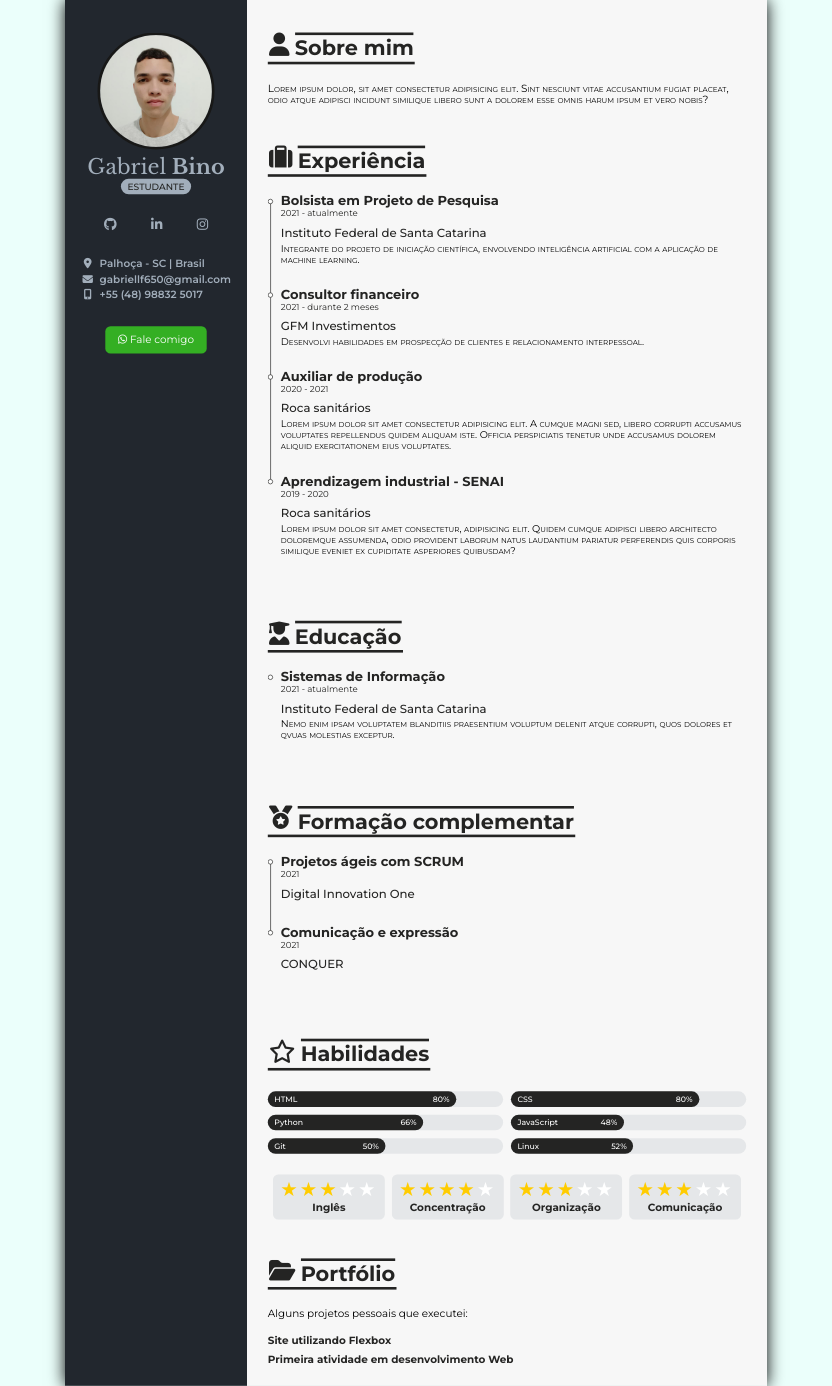
Repository: gabrielbino/curriculoResponsivo
Page: index.html
These files come from the project's save history. The page is drawn as it stood at one moment and after the next save; the edit follows.
The browser window is 1280 px wide. The pictures show the whole page, at 65% of full size.
Some web libraries are served in a nearby version.

Above is the page before, as saved 2021-10-20 23:33:33.

### index.html
<!DOCTYPE html>
<html lang="pt-br">
  <head>
    <meta charset="UTF-8" />
    <meta name="viewport" content="width=device-width, initial-scale=1" />
    <link
      rel="stylesheet"
      href="https://cdnjs.cloudflare.com/ajax/libs/normalize/8.0.1/normalize.min.css"
      integrity="sha512-NhSC1YmyruXifcj/KFRWoC561YpHpc5Jtzgvbuzx5VozKpWvQ+4nXhPdFgmx8xqexRcpAglTj9sIBWINXa8x5w=="
      crossorigin="anonymous"
      referrerpolicy="no-referrer"
    />
    <script
      src="https://kit.fontawesome.com/a6ac7cca8d.js"
      crossorigin="anonymous"
    ></script>
    <link rel="stylesheet" href="css/style.css" />
    <link rel="shortcut icon" href="img/favicon.ico" />
    <title>CV do Gabriel</title>
  </head>
  <body>
    <main>
      <aside>
        <div class="sidebar">
          <img
            class="profile-picture"
            src="./img/option_profile.jpeg"
            alt="Gabriel Bino"
          />
          <h1 class="title-name"><span>Gabriel</span> Bino</h1>
          <h3 class="subtitle-role">Estudante</h3>
          <div class="social-links">
            <a href="https://github.com/gabrielbino" target="_blank">
              <i class="fab fa-github"></i>
            </a>
            <a
              href="https://www.linkedin.com/in/gabriel-fernandes-bino-456499195/"
              target="_blank"
            >
              <i class="fab fa-linkedin-in"></i>
            </a>
            <!-- <a href="https://twitter.com/theleoad" target="_blank">
              <i class="fab fa-twitter"></i>
            </a> -->
            <a href="https://www.instagram.com/gabrielfbino/" target="_blank">
              <i class="fab fa-instagram"></i>
            </a>
          </div>
          <ul class="personal-data">
            <li>
              <i class="fas fa-map-marker-alt"></i>
              <span>Palhoça - SC | Brasil</span>
            </li>
            <li>
              <i class="fas fa-envelope"></i>
              <a href="mailto:galbriellf650@gmail.com"
                >gabriellf650@gmail.com</a
              >
            </li>
            <li>
              <i class="fas fa-mobile-alt"></i>
              <a href="tel:+5548988325017">+55 (48) 98832 5017</a>
            </li>
          </ul>
          <a
            class="download-button"
            href="https://wa.me/+5548988325017"
            target="_blank"
          >
            <i class="fab fa-whatsapp"></i>
            <span>Fale comigo</span>
          </a>
        </div>
      </aside>
      <section>
        <article>
          <div class="article-title-wrapper">
            <i class="fas fa-user"></i>
            <h2 class="article-title">Sobre mim</h2>
          </div>
          <p class="sobre-mim">
            Lorem ipsum dolor, sit amet consectetur adipisicing elit. Sint
            nesciunt vitae accusantium fugiat placeat, odio atque adipisci
            incidunt similique libero sunt a dolorem esse omnis harum ipsum et
            vero nobis?
          </p>
        </article>
        <article>
          <div class="article-title-wrapper">
            <i class="fas fa-suitcase"></i>
            <h2 class="article-title">Experiência</h2>
          </div>
          <ul class="timeline">
            <li>
              <h4 class="timeline-title">Bolsista em Projeto de Pesquisa</h4>
              <h5 class="timeline-time">2021 - atualmente</h5>
              <h6 class="timeline-place">
                Instituto Federal de Santa Catarina
              </h6>
              <p class="timeline-text">
                Integrante do projeto de iniciação científica, envolvendo
                inteligência artificial com a aplicação de machine learning.
              </p>
            </li>
            <li>
              <h4 class="timeline-title">Consultor financeiro</h4>
              <h5 class="timeline-time">2021 - durante 2 meses</h5>
              <h6 class="timeline-place">GFM Investimentos</h6>
              <p class="timeline-text">
                Desenvolvi habilidades em prospecção de clientes e
                relacionamento interpessoal.
              </p>
            </li>
            <li>
              <h4 class="timeline-title">Auxiliar de produção</h4>
              <h5 class="timeline-time">2020 - 2021</h5>
              <h6 class="timeline-place">Roca sanitários</h6>
              <p class="timeline-text">
                Lorem ipsum dolor sit amet consectetur adipisicing elit. A
                cumque magni sed, libero corrupti accusamus voluptates
                repellendus quidem aliquam iste. Officia perspiciatis tenetur
                unde accusamus dolorem aliquid exercitationem eius voluptates.
              </p>
            </li>
            <li>
              <h4 class="timeline-title">Aprendizagem industrial - SENAI</h4>
              <h5 class="timeline-time">2019 - 2020</h5>
              <h6 class="timeline-place">Roca sanitários</h6>
              <p class="timeline-text">
                Lorem ipsum dolor sit amet consectetur, adipisicing elit. Quidem
                cumque adipisci libero architecto doloremque assumenda, odio
                provident laborum natus laudantium pariatur perferendis quis
                corporis similique eveniet ex cupiditate asperiores quibusdam?
              </p>
            </li>
          </ul>
        </article>
        <article>
          <div class="article-title-wrapper">
            <i class="fas fa-user-graduate"></i>
            <h2 class="article-title">Educação</h2>
          </div>
          <ul class="timeline">
            <li>
              <h4 class="timeline-title">Sistemas de Informação</h4>
              <h5 class="timeline-time">2021 - atualmente</h5>
              <h6 class="timeline-place">
                Instituto Federal de Santa Catarina
              </h6>
              <p class="timeline-text">
                Nemo enim ipsam voluptatem blanditiis praesentium voluptum
                delenit atque corrupti, quos dolores et qvuas molestias
                exceptur.
              </p>
            </li>
          </ul>
        </article>
        <article>
          <div class="article-title-wrapper">
            <i class="fas fa-medal"></i>
            <h2 class="article-title">Formação complementar</h2>
          </div>
          <ul class="timeline">
            <li>
              <h4 class="timeline-title">Projetos ágeis com SCRUM</h4>
              <h5 class="timeline-time">2021</h5>
              <h6 class="timeline-place">Digital Innovation One</h6>
            </li>
            <li>
              <h4 class="timeline-title">Comunicação e expressão</h4>
              <h5 class="timeline-time">2021</h5>
              <h6 class="timeline-place">CONQUER</h6>
            </li>
          </ul>
        </article>
        <article>
          <div class="article-title-wrapper">
            <i class="far fa-star"></i>
            <h2 class="article-title">Habilidades</h2>
          </div>
          <div class="skills-container">
            <div class="progress">
              <div class="progress-bar" role="progressbar" style="width: 80%">
                <div class="progress-text">
                  <span>HTML</span>
                  <span>80%</span>
                </div>
              </div>
            </div>
            <div class="progress">
              <div class="progress-bar" role="progressbar" style="width: 80%">
                <div class="progress-text">
                  <span>CSS</span>
                  <span>80%</span>
                </div>
              </div>
            </div>
            <div class="progress">
              <div class="progress-bar" role="progressbar" style="width: 66%">
                <div class="progress-text">
                  <span>Python</span>
                  <span>66%</span>
                </div>
              </div>
            </div>
            <div class="progress">
              <div class="progress-bar" role="progressbar" style="width: 48%">
                <div class="progress-text">
                  <span>JavaScript</span>
                  <span>48%</span>
                </div>
              </div>
            </div>
            <div class="progress">
              <div class="progress-bar" role="progressbar" style="width: 50%">
                <div class="progress-text">
                  <span>Git</span>
                  <span>50%</span>
                </div>
              </div>
            </div>
            <div class="progress">
              <div class="progress-bar" role="progressbar" style="width: 52%">
                <div class="progress-text">
                  <span>Linux</span>
                  <span>52%</span>
                </div>
              </div>
            </div>
          </div>
          <div class="soft-skills">
            <div class="soft-skill">
              <div class="soft-skill-rating" style="--rating: 3"></div>
              <h4 class="soft-skill-label">Inglês</h4>
            </div>
            <div class="soft-skill">
              <div class="soft-skill-rating" style="--rating: 4"></div>
              <h4 class="soft-skill-label">Concentração</h4>
            </div>
            <div class="soft-skill">
              <div class="soft-skill-rating" style="--rating: 3"></div>
              <h4 class="soft-skill-label">Organização</h4>
            </div>
            <div class="soft-skill">
              <div class="soft-skill-rating" style="--rating: 3"></div>
              <h4 class="soft-skill-label">Comunicação</h4>
            </div>
          </div>
        </article>
        <article>
          <div class="article-title-wrapper">
            <i class="fas fa-folder-open"></i>
            <h2 class="article-title">Portfólio</h2>
          </div>
          <p>Alguns projetos pessoais que executei:</p>
          <div class="portfolio">
            <a href="https://staticflexbox.netlify.app/" class="portfolio-item">
              Site utilizando Flexbox
            </a>
            <a href="https://anatomiahtml.netlify.app/" class="portfolio-item">
              Primeira atividade em desenvolvimento Web
            </a>
            <a href="#" class="portfolio-item">
              <div></div>
            </a>
            <a href="#" class="portfolio-item">
              <div></div>
            </a>
          </div>
        </article>
      </section>
    </main>
  </body>
</html>

### css/style.css
@import url("https://fonts.googleapis.com/css2?family=Libre+Baskerville:wght@400;700&family=Montserrat:wght@400;500;600;700&display=swap");

* {
  box-sizing: border-box;
}

img {
  max-width: 100%;
}

body {
  background-color: #ebfffb;
  color: black;
  font-family: "Montserrat", sans-serif;
}

main {
  background-color: #ebfffb;
  box-shadow: 0 0 1.5rem;
  display: flex;
  margin: 0 auto;
  max-width: 1080px;
  min-height: 100vh;
  width: 100%;
}

aside {
  background-color: #22272e;
  padding: 50px 0 16px;
  width: 280px;
}

.sidebar {
  align-items: center;
  display: flex;
  flex-direction: column;
  position: sticky;
  top: 16px;
  width: 100%;
}

.profile-picture {
  border-radius: 50%;
  border: solid 4px #181817;
  width: 180px;
}

.title-name {
  color: #a2aebb;
  font-family: "Libre Baskerville", serif;
  font-weight: 700;
  margin: 8px 0 0;
}

.title-name span {
  font-weight: 500;
}

.subtitle-role {
  background: #a2aebb;
  border-radius: 12px;
  color: #242423;
  font-size: 14px;
  font-weight: 500;
  margin: 0;
  padding: 4px 10px;
  text-transform: uppercase;
}

.social-links {
  display: flex;
  font-size: 20px;
  justify-content: space-between;
  margin: 36px 0;
  width: 160px;
}

.social-links a {
  color: #a2aebb;
}

.social-links a:hover {
  color: #e8eddf;
}

.personal-data {
  list-style-type: none;
  margin: 0;
  padding: 0;
}

.personal-data li {
  color: #a2aebb;
  font-weight: 600;
  line-height: 1.5;
}

.personal-data li a {
  color: inherit;
  text-decoration: none;
}

.personal-data i {
  margin-right: 4px;
  text-align: center;
  width: 20px;
}

.download-button {
  background: #34af23;
  border-radius: 8px;
  color: white;
  display: block;
  margin: 36px 0;
  padding: 12px 20px;
  text-decoration: none;
}

section {
  background-color: #f7f7f7;
  padding: 50px 32px 0;
  width: calc(100% - 280px);
}

article:not(:last-of-type) {
  margin-bottom: 60px;
}

.article-title-wrapper {
  align-items: center;
  border-bottom: 4px solid;
  color: #242423;
  display: inline-flex;
  margin-bottom: 12px;
  padding: 0 2px;
}
.article-title-wrapper i {
  font-size: 36px;
  margin: -8px 8px 0 0;
}

.article-title {
  border-top: 4px solid;
  color: #242423;
  font-size: 32px;
  font-weight: 800;
  margin: 0 0 2px;
  padding-top: 2px;
}

.sobre-mim {
  font-variant: small-caps;
}

.timeline {
  list-style: none;
  margin: 20px 0;
  padding: 0;
}

.timeline li {
  margin: 0;
  padding: 2px 0 40px 20px;
  position: relative;
}

.timeline li::after {
  background-color: #fff;
  border-radius: 50%;
  border: 1px solid #242423;
  box-sizing: border-box;
  content: "";
  display: inline-block;
  height: 8px;
  left: 0;
  position: absolute;
  top: 2px;
  width: 8px;
}

.timeline li:not(:last-of-type)::before {
  background-color: #242423;
  content: "";
  height: 100%;
  left: 3.5px;
  position: absolute;
  top: calc(0.5em - 4px);
  width: 1px;
}

.timeline-title {
  color: #242423;
  font-size: 20px;
  margin: -8px 0 0;
}

.timeline-time {
  color: #242423;
  font-weight: 400;
  margin: 0;
}

.timeline-place {
  color: #242423;
  font-size: 18px;
  font-weight: 500;
  margin: 12px 0 4px;
}

.timeline-text {
  font-size: 15px;
  font-variant: small-caps;
  margin: 0;
}

.skills-container {
  display: flex;
  flex-wrap: wrap;
  justify-content: space-between;
  margin: 20px 0;
}

.progress {
  background-color: rgba(68, 86, 108, 0.1);
  border-radius: 20px;
  display: flex;
  font-size: 0.75rem;
  height: 1.5rem;
  margin-bottom: 12px;
  width: calc(50% - 6px);
}

.progress-bar {
  align-items: center;
  background-color: #242423;
  border-radius: 20px;
  color: #fff;
  font-weight: 500;
  display: flex;
  padding: 0 10px;
}

.progress-text {
  display: flex;
  justify-content: space-between;
  width: 100%;
}

.soft-skills {
  display: flex;
  justify-content: space-between;
  padding: 0 8px;
}

.soft-skill {
  background-color: rgba(68, 86, 108, 0.1);
  border-radius: 8px;
  padding: 8px;
  text-align: center;
  width: calc(25% - 8px);
}

.soft-skill-rating {
  --percent: calc(var(--rating) / 5 * 100%);
  display: inline-block;
  font-family: Times;
  font-size: 30px;
  line-height: 1;
}

.soft-skill-rating::before {
  background-clip: text;
  background: linear-gradient(90deg, #fc0 var(--percent), #fff var(--percent));
  content: "★★★★★";
  letter-spacing: 3px;
  -webkit-background-clip: text;
  -webkit-text-fill-color: transparent;
}

.soft-skill-label {
  color: #242423;
  margin: 4px 0 0;
}

.portfolio {
  display: flex;
  flex-wrap: wrap;
}


.portfolio-item {
  padding: 6px 0;
  margin: auto;
  width: 100%;
  color: #242423;
  font-weight: 800;
  text-decoration: none;
}

@media (max-width: 1024px) {
  .soft-skills {
    flex-wrap: wrap;
  }

  .soft-skill {
    margin: 4px;
    width: calc(50% - 8px);
  }
}

@media (max-width: 768px) {
  main {
    display: block;
  }

  aside,
  section {
    width: 100%;
  }

  section {
    padding: 32px 16px 0;
  }

  .article-title-wrapper {
    display: flex;
    padding: 0;
  }

  .progress,
  .soft-skill,
  .portfolio-item,
  .article-title {
    width: 100%;
  }

  .portfolio-item {
    text-align: center;
  }
}

After the next save:
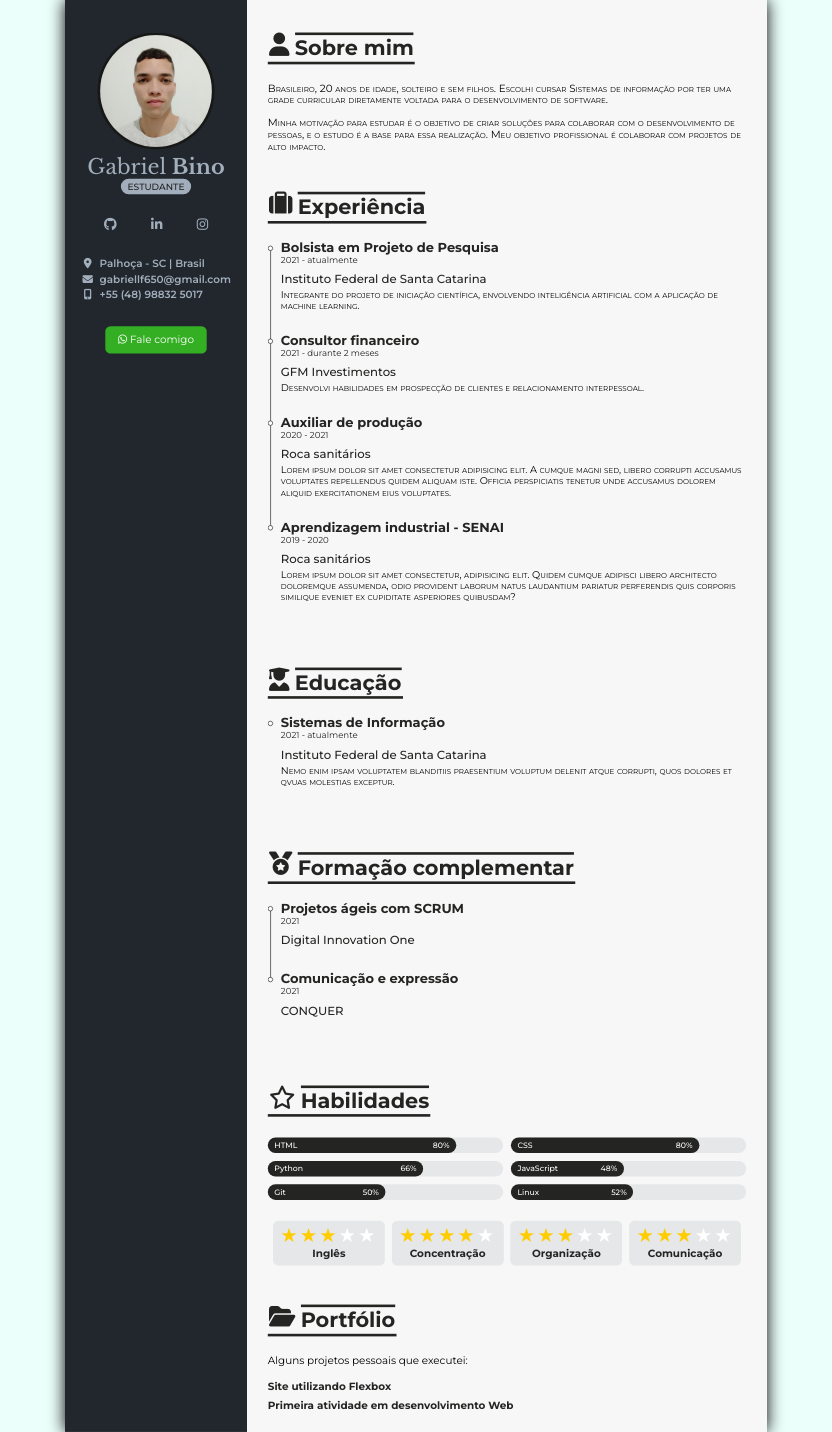
Saved 65 min 22 s later.
--- a/index.html
+++ b/index.html
@@ -79,10 +79,15 @@
             <h2 class="article-title">Sobre mim</h2>
           </div>
           <p class="sobre-mim">
-            Lorem ipsum dolor, sit amet consectetur adipisicing elit. Sint
-            nesciunt vitae accusantium fugiat placeat, odio atque adipisci
-            incidunt similique libero sunt a dolorem esse omnis harum ipsum et
-            vero nobis?
+            Brasileiro, 20 anos de idade, solteiro e sem filhos. Escolhi cursar
+            Sistemas de informação por ter uma grade curricular diretamente
+            voltada para o desenvolvimento de software.
+          </p>
+          <p class="sobre-mim">
+            Minha motivação para estudar é o objetivo de criar soluções para
+            colaborar com o desenvolvimento de pessoas, e o estudo é a base para
+            essa realização. Meu objetivo profissional é colaborar com projetos
+            de alto impacto.
           </p>
         </article>
         <article>
